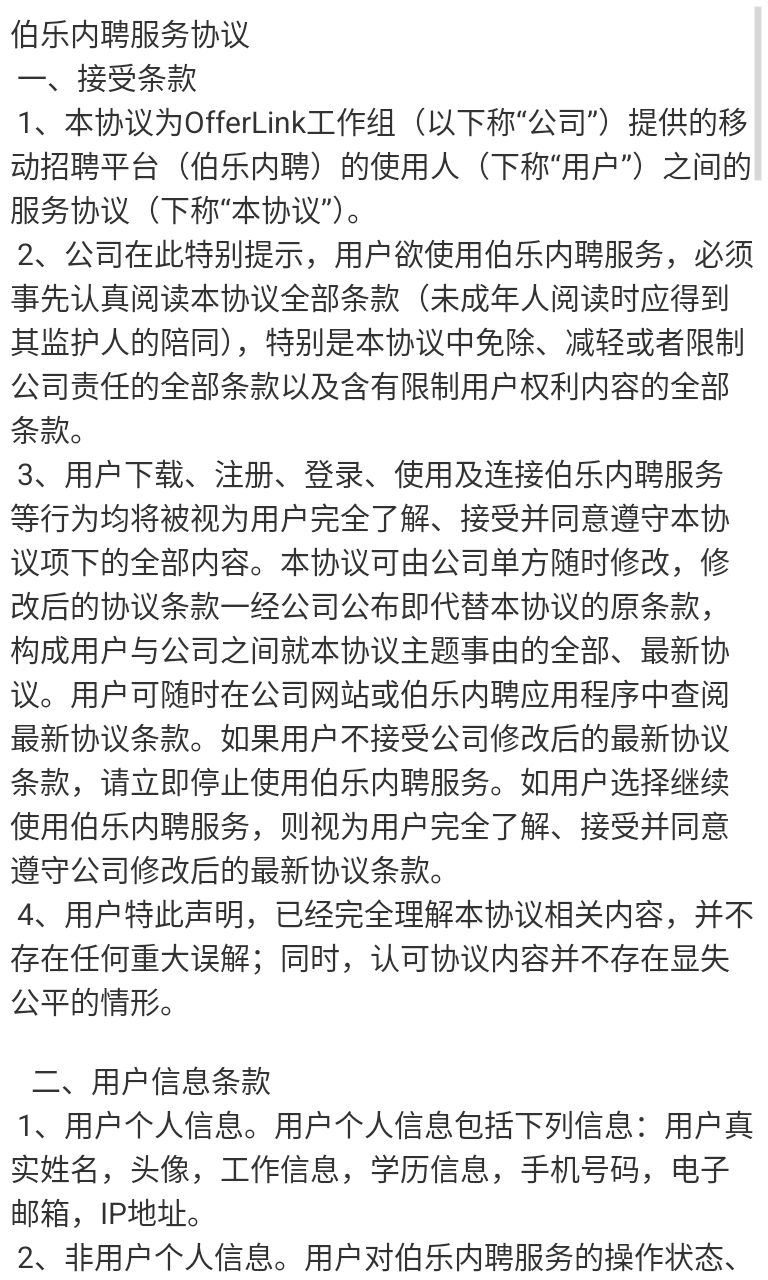
Repository: qinyuemin/OfferMe
Layout: OfferMe/OfferLinkClient/res/layout/dialog_agreement.xml
An editor plug-in stored every save of this project. The layout is shown before and after the next save, followed by the edit.
It is drawn on a 768 x 1280 px phone screen (xhdpi) without system bars, with theme AppTheme; the app's code is not run.

Above is the layout before, as saved 2014-12-19 17:15:43.

After the next save:
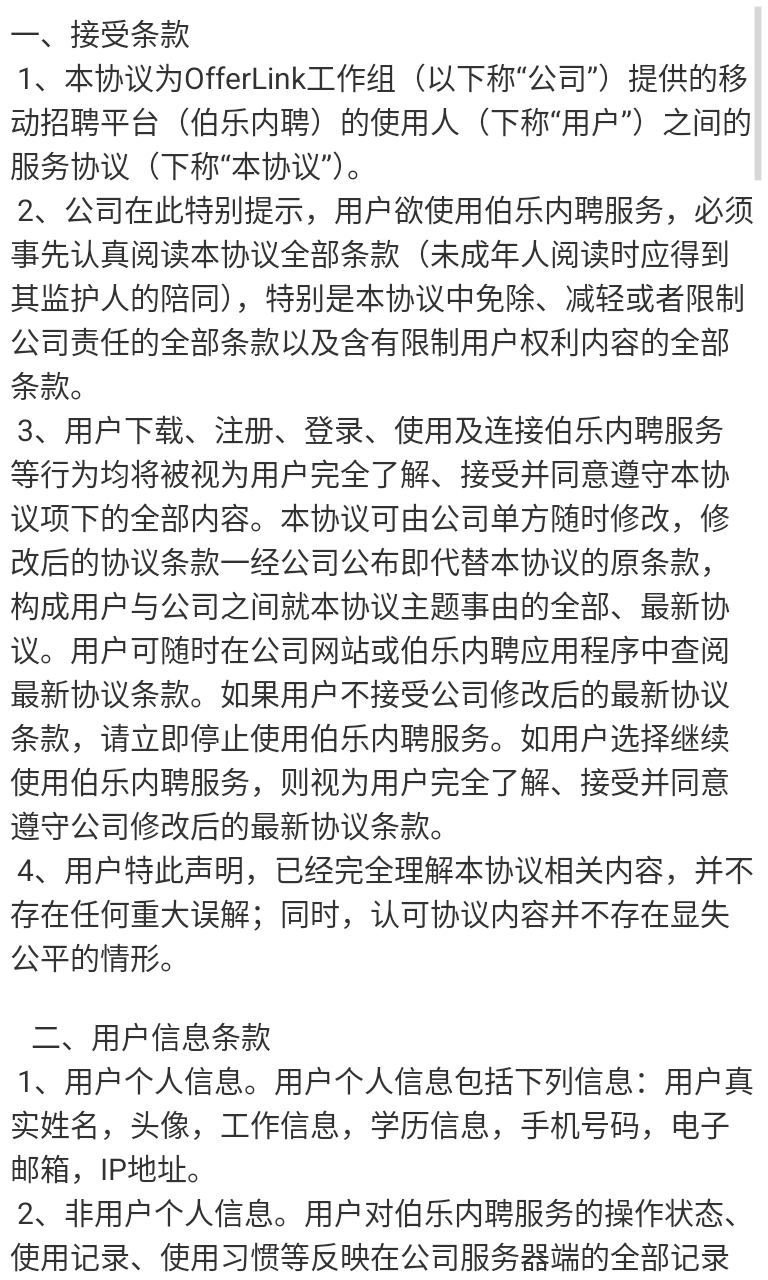
Saved 62 s later.
--- a/OfferMe/OfferLinkClient/res/values/strings.xml
+++ b/OfferMe/OfferLinkClient/res/values/strings.xml
@@ -2,7 +2,6 @@
 <resources>
 
     <string name="app_name">伯乐内聘</string>
-
     <string name="action_settings">设置</string>
     <string name="action_contact_us">反馈</string>
     <string name="action_logout">退出登录</string>
@@ -17,7 +16,6 @@
     <string name="action_set_favorite">自己的Offer不能收藏哦~</string>
     <string name="dialog_select_city">选择城市</string>
     <string name="dialog_select_domain">选择行业</string>
-
     <string name="title_activity">伯乐内聘</string>
     <string name="title_activity_home_page">浏览</string>
     <string name="title_activity_inscription">注册</string>
@@ -38,7 +36,6 @@
     <string name="title_activity_friend_info">个人信息</string>
     <string name="title_activity_feedback">信息反馈</string>
     <string name="title_activity_forget_pwd">忘记密码</string>
-
     <string name="personal_cv_mine">我的简历</string>
     <string name="personal_cv_received">收到的简历</string>
     <string name="personal_cv_workyear">工作时间</string>
@@ -66,7 +63,6 @@
     <string name="personal_cv_apply"> 应聘 </string>
     <string name="personal_cv_age">岁</string>
     <string name="personal_cv_post_info">添加您三段最出彩的经历</string>
-
     <string name="home_page_login">邮箱</string>
     <string name="home_page_password">密码</string>
     <string name="home_page_sign_in">登录</string>
@@ -74,7 +70,6 @@
     <string name="home_page_weibo">微博登录</string>
     <string name="home_page_guest">随便看看</string>
     <string name="home_page_forget_password">忘记密码？</string>
-
     <string name="inscription_login">邮箱</string>
     <string name="inscription_button">注册</string>
     <string name="inscription_profile">头像</string>
@@ -98,7 +93,6 @@
     <string name="inscription_aggreement2">服务条款</string>
     <string name="inscription_complete_info">个人资料</string>
     <string name="inscription_cancel">取消</string>
-
     <string name="loggedin_publish">发内推</string>
     <string name="loggedin_demand">求内推</string>
     <string name="loggedin_mail">站内信</string>
@@ -106,7 +100,6 @@
     <string name="loggedin_success">登录成功</string>
     <string name="loggedin_fail_network">抱歉，由于网络原因，暂时无法登录</string>
     <string name="loggedin_fail_password">用户名密码错误</string>
-
     <string name="personal_setting_upload">更换头像</string>
     <string name="personal_setting_firstname">名</string>
     <string name="personal_setting_lastname">姓</string>
@@ -122,7 +115,6 @@
     <string name="personal_setting_publish">公开</string>
     <string name="personal_setting_offer_detele">删除</string>
     <string name="personal_setting_first_work">应届生</string>
-
     <string name="publisher_enterprise">公司</string>
     <string name="publisher_city">地点</string>
     <string name="publisher_domain">行业</string>
@@ -150,13 +142,10 @@
     <string name="publisher_post_demand">职位要求</string>
     <string name="publisher_post_description">职位描述</string>
     <string name="publisher_mailbox_not_public">邮箱不公开哦~</string>
-
     <string name="ic_menu_search">搜索</string>
-
     <string name="demander_search_entreprise">公司或职位</string>
     <string name="demander_search_region">地区</string>
     <string name="demander_search">搜索</string>
-
     <string name="publisher_info_name">推荐人</string>
     <string name="publisher_info_city">目前在</string>
     <string name="publisher_info_entreprise">就职于</string>
@@ -179,17 +168,14 @@
     <string name="publisher_offer_not_complete">抱歉，您的信息填写不全</string>
     <string name="publisher_offer_mailformat_error">抱歉，您填写的邮箱有误</string>
     <string name="publisher_offer_mail_not_public">邮箱不公开哦~</string>
-
     <string name="search_favorite_offer_success">恭喜，操作成功</string>
     <string name="search_favorite_offer_fail">抱歉，操作失败</string>
     <string name="search_offer_no_more">没有更多结果了哦~</string>
-
     <string name="setting_new_message">新消息通知</string>
     <string name="setting_new_message_accept">接受</string>
     <string name="setting_version">版本</string>
     <string name="setting_about_us">关于我们</string>
     <string name="setting_recommand_friedns">推荐给朋友</string>
-
     <string name="setting_person_profile">头像</string>
     <string name="setting_person_name">姓名</string>
     <string name="setting_person_email">邮箱</string>
@@ -203,7 +189,6 @@
     <string name="setting_person_favorite_offer">收藏的职位</string>
     <string name="setting_person_applied_offer">应聘的职位</string>
     <string name="setting_person_published_offer">发出的职位</string>
-
     <string name="chat_list_bar_title">站内信</string>
     <string name="chat_list_bar_edit">编辑</string>
     <string name="chat_list_system">系统消息</string>
@@ -217,16 +202,12 @@
     <string name="chat_back">返回</string>
     <string name="chat_send">发送</string>
     <string name="char_fail">信息发送失败</string>
-
     <string name="forget_pwd_mail">注册的邮箱</string>
-
     <string name="aboutus_qq">官方吐槽QQ：3175007934</string>
     <string name="aboutus_weixin">微信公众账号：OfferLink</string>
     <string name="aboutus_service">服务条款</string>
-
-    <string name="agreement">
-        伯乐内聘服务协议 \n
-一、接受条款\n
+    <string name="agreement_title">  伯乐内聘服务协议</string>
+    <string name="agreement">一、接受条款\n
 1、本协议为OfferLink工作组（以下称“公司”）提供的移动招聘平台（伯乐内聘）的使用人（下称“用户”）之间的服务协议（下称“本协议”）。\n
 2、公司在此特别提示，用户欲使用伯乐内聘服务，必须事先认真阅读本协议全部条款（未成年人阅读时应得到其监护人的陪同），特别是本协议中免除、减轻或者限制公司责任的全部条款以及含有限制用户权利内容的全部条款。\n
 3、用户下载、注册、登录、使用及连接伯乐内聘服务等行为均将被视为用户完全了解、接受并同意遵守本协议项下的全部内容。本协议可由公司单方随时修改，修改后的协议条款一经公司公布即代替本协议的原条款，构成用户与公司之间就本协议主题事由的全部、最新协议。用户可随时在公司网站或伯乐内聘应用程序中查阅最新协议条款。如果用户不接受公司修改后的最新协议条款，请立即停止使用伯乐内聘服务。如用户选择继续使用伯乐内聘服务，则视为用户完全了解、接受并同意遵守公司修改后的最新协议条款。\n
@@ -286,6 +267,6 @@
 八、其他规定\n
 1、如本协议中的任何条款因任何原因完全或部分无效或不具有执行力，均不影响本协议其他条款的效力。\n
 2、本协议及本协议任何条款内容的最终解释权及修改权归公司所有。若您对公司及本服务有任何意见，欢迎垂询公司客服中心。服务热线：【QQ：3175007934】，服务网站：【http://www.offerlink.cn】。\n
-
-    </string>
+</string>
+
 </resources>
